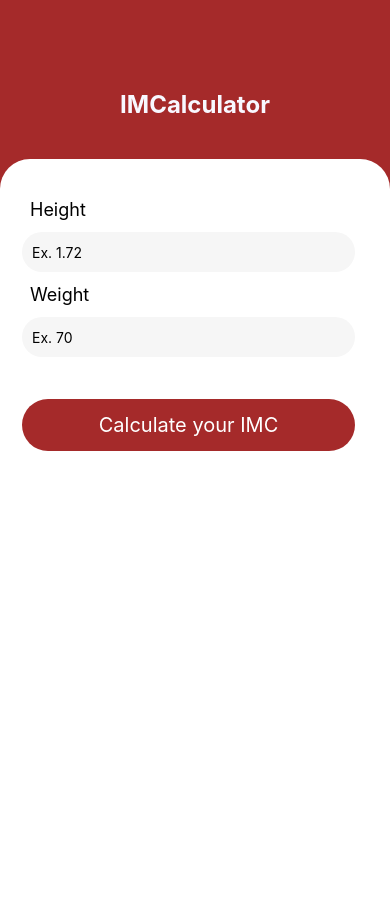
Repository: rubenmatias08/IMCTracker
Screen: /
The author's editor kept a copy of each file at every save. The screen is drawn from the files as they stood at one save, then again after the next save.
The app was drawn by React Native's web renderer in a window 390 px wide. The project was rebuilt for these pictures with package versions that can differ from the ones it lists, and the page was loaded fresh each time.

Above is the screen before, as saved 2024-03-17 16:23:05.

After the next save:
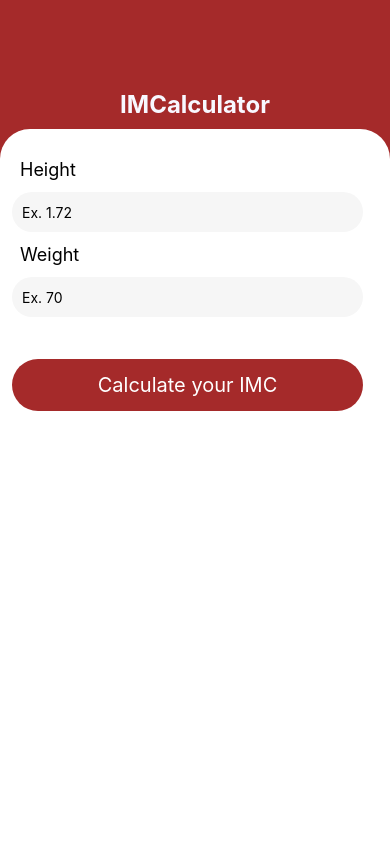
Saved 22 s later.
--- a/src/components/Form/style.js
+++ b/src/components/Form/style.js
@@ -2,20 +2,15 @@ import { StyleSheet } from "react-native";
 
 const styles = StyleSheet.create( {
     formContent: {
-        width:"100%",
-        height:"100%",
-        bottom:0,
+        flex:1,
         backgroundColor:"#ffffff",
-        alignItems:"center",
         borderTopLeftRadius:30,
         borderTopRightRadius:30,
-        marginTop:30
+        alignItems:"center",
+        paddingTop:30,
     },
     form: {
         width:"100%",
-        height:"auto",
-        marginTop:30,
-        padding:10
     },
     formLabel:{
         color:"#000000",
@@ -45,6 +40,12 @@ const styles = StyleSheet.create( {
     textButtonCalculator:{
         fontSize:20,
         color: "#ffffff",
+    },
+    errorMessage:{
+        fontSize:12,
+        color:"red",
+        fontWeight:"bold",
+        paddingLeft:20
     }
 });
 
